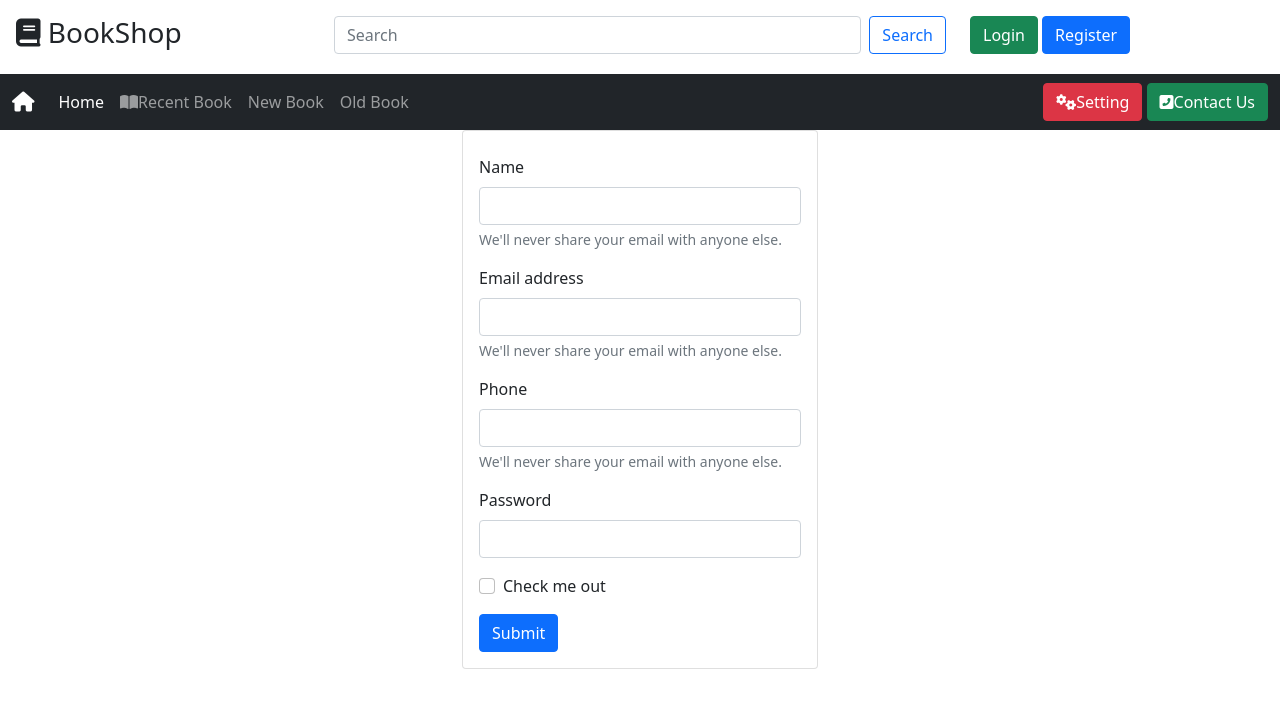
Repository: Abhishekverma23797/BookShopApp
Page: http://localhost/Ebook-App/Register.jsp
An editor plug-in stored every save of this project. The page is shown before and after the next save, followed by the edit.
The browser window is 1280 px wide. The pictures show the whole page.
The page is served by Tomcat 9. Other server files are loaded and not shown.

Above is the page before, as saved 2021-12-07 11:49:44.

### Ebook-App/src/main/webapp/Register.jsp
<%@ page language="java" contentType="text/html; charset=ISO-8859-1"
	pageEncoding="ISO-8859-1"%>
<!DOCTYPE html>
<html>
<head>
<meta charset="ISO-8859-1">
<title>BookShop: Register</title>
<%@include file="All_Component/AllCss.jsp"%>
</head>
<body>
	<%@include file="All_Component/navbar.jsp"%>


	<div class="container">
		<div class="row">
			<div class="col-md-4 offset-md-4">
				<div class="card">

					<div class="card-body">

						<form>
							<div class="mb-3 mt-2">
								<label for="exampleInputEmail1" class="form-label">Name</label>
								<input type="email" class="form-control" id="exampleInputEmail1"
									aria-describedby="emailHelp">
								<div id="emailHelp" class="form-text">We'll never share
									your email with anyone else.</div>
							</div>
							<div class="mb-3">
								<label for="exampleInputEmail1" class="form-label">Email
									address</label> <input type="email" class="form-control"
									id="exampleInputEmail1" aria-describedby="emailHelp">
								<div id="emailHelp" class="form-text">We'll never share
									your email with anyone else.</div>
							</div>
							<div class="mb-3">
								<label for="exampleInputEmail1" class="form-label">Phone</label> <input type="email" class="form-control"
									id="exampleInputEmail1" aria-describedby="emailHelp">
								<div id="emailHelp" class="form-text">We'll never share
									your email with anyone else.</div>
							</div>
							<div class="mb-3">
								<label for="exampleInputPassword1" class="form-label">Password</label>
								<input type="password" class="form-control"
									id="exampleInputPassword1">
							</div>
							<div class="mb-3 form-check">
								<input type="checkbox" class="form-check-input"
									id="exampleCheck1"> <label class="form-check-label"
									for="exampleCheck1">Check me out</label>
							</div>
							<button type="submit" class="btn btn-primary">Submit</button>
						</form>
					</div>
				</div>

			</div>
		</div>
	</div>
</body>
</html>

### Ebook-App/src/main/webapp/All_Component/AllCss.jsp
<!-- CSS only -->
<link
	href="https://cdn.jsdelivr.net/npm/bootstrap@5.1.3/dist/css/bootstrap.min.css"
	rel="stylesheet"
	integrity="sha384-1BmE4kWBq78iYhFldvKuhfTAU6auU8tT94WrHftjDbrCEXSU1oBoqyl2QvZ6jIW3"
	crossorigin="anonymous">


<!-- JavaScript Bundle with Popper -->
<script
	src="https://cdn.jsdelivr.net/npm/bootstrap@5.1.3/dist/js/bootstrap.bundle.min.js"
	integrity="sha384-ka7Sk0Gln4gmtz2MlQnikT1wXgYsOg+OMhuP+IlRH9sENBO0LRn5q+8nbTov4+1p"
	crossorigin="anonymous"></script>


<link rel="stylesheet"
	href="https://cdnjs.cloudflare.com/ajax/libs/font-awesome/6.0.0-beta3/css/all.min.css"
	integrity="sha512-Fo3rlrZj/k7ujTnHg4CGR2D7kSs0v4LLanw2qksYuRlEzO+tcaEPQogQ0KaoGN26/zrn20ImR1DfuLWnOo7aBA=="
	crossorigin="anonymous" referrerpolicy="no-referrer" />

<link rel="stylesheet" href="All_Component/style.css">

### Ebook-App/src/main/webapp/All_Component/navbar.jsp

<div class="container-fluid p-3">


	<div class="row">

		<div class="col-md-3">

			<h3>

				<i class="fas fa-book"></i> BookShop
			</h3>
		</div>

		<div class="col-md-6">
			<form class="d-flex">
				<input class="form-control me-2 my-lg-0" type="search"
					placeholder="Search" aria-label="Search">
				<button class="btn btn-outline-primary" type="submit">Search</button>
			</form>
		</div>

		<div class="col-md-3">

			<a href="" class="btn btn-success">Login</a> <a href="Register.jsp"
				class="btn btn-primary">Register</a>

		</div>

	</div>

</div>
<nav class="navbar navbar-expand-lg navbar-dark bg-dark bg-custom">
	<div class="container-fluid">
		<a class="navbar-brand" href="#"><i class="fas fa-home"></i></a>
		<button class="navbar-toggler" type="button" data-bs-toggle="collapse"
			data-bs-target="#navbarSupportedContent"
			aria-controls="navbarSupportedContent" aria-expanded="false"
			aria-label="Toggle navigation">
			<span class="navbar-toggler-icon"></span>
		</button>
		<div class="collapse navbar-collapse" id="navbarSupportedContent">
			<ul class="navbar-nav me-auto mb-2 mb-lg-0">
				<li class="nav-item"><a class="nav-link active"
					aria-current="page" href="#"> Home</a></li>

				<li class="nav-item"><a class="nav-link" href="#"><i
						class="fas fa-book-open"></i>Recent Book</a></li>

				<li class="nav-item"><a class="nav-link" href="#">New Book</a></li>

				<li class="nav-item"><a class="nav-link" href="#">Old Book</a>
				</li>
			</ul>
			<form class="from-inline my-2 my-lg-0">
				<button class="btn btn-danger my-2 my-sm-0 ml-1" type="submit">
					<i class="fas fa-cogs"></i>Setting
				</button>
				<button class="btn btn-success" type="submit">
					<i class="fas fa-phone-square-alt"></i>Contact Us
				</button>
			</form>
		</div>
	</div>
</nav>

### Ebook-App/src/main/webapp/All_Component/style.css

.bg-custom{

	background-color: #303f9f;
}

.navbar .nav-item:hover  {

	background-color: black;
	color: blue;
	border-radius: 20px

}

After the next save:
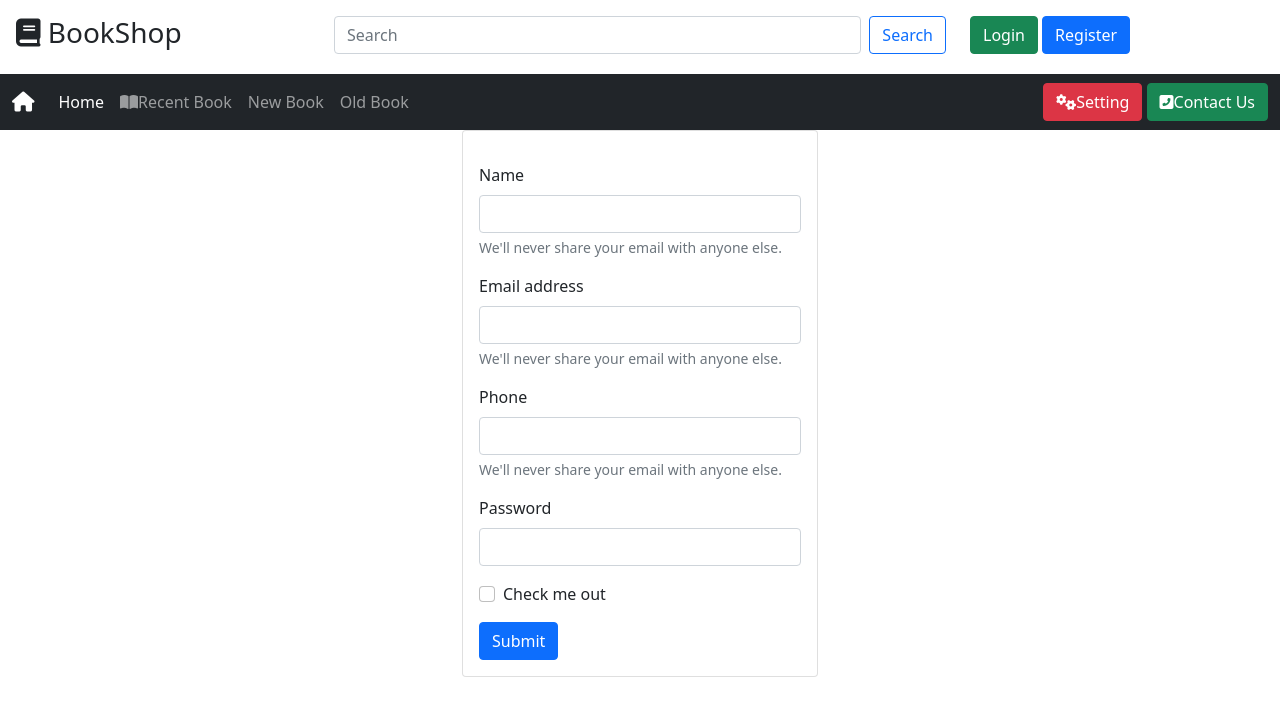
Saved 11 s later.
--- a/Ebook-App/src/main/webapp/Register.jsp
+++ b/Ebook-App/src/main/webapp/Register.jsp
@@ -19,7 +19,7 @@
 					<div class="card-body">
 
 						<form>
-							<div class="mb-3 mt-2">
+							<div class="mb-3 mt-2 pt-2">
 								<label for="exampleInputEmail1" class="form-label">Name</label>
 								<input type="email" class="form-control" id="exampleInputEmail1"
 									aria-describedby="emailHelp">
